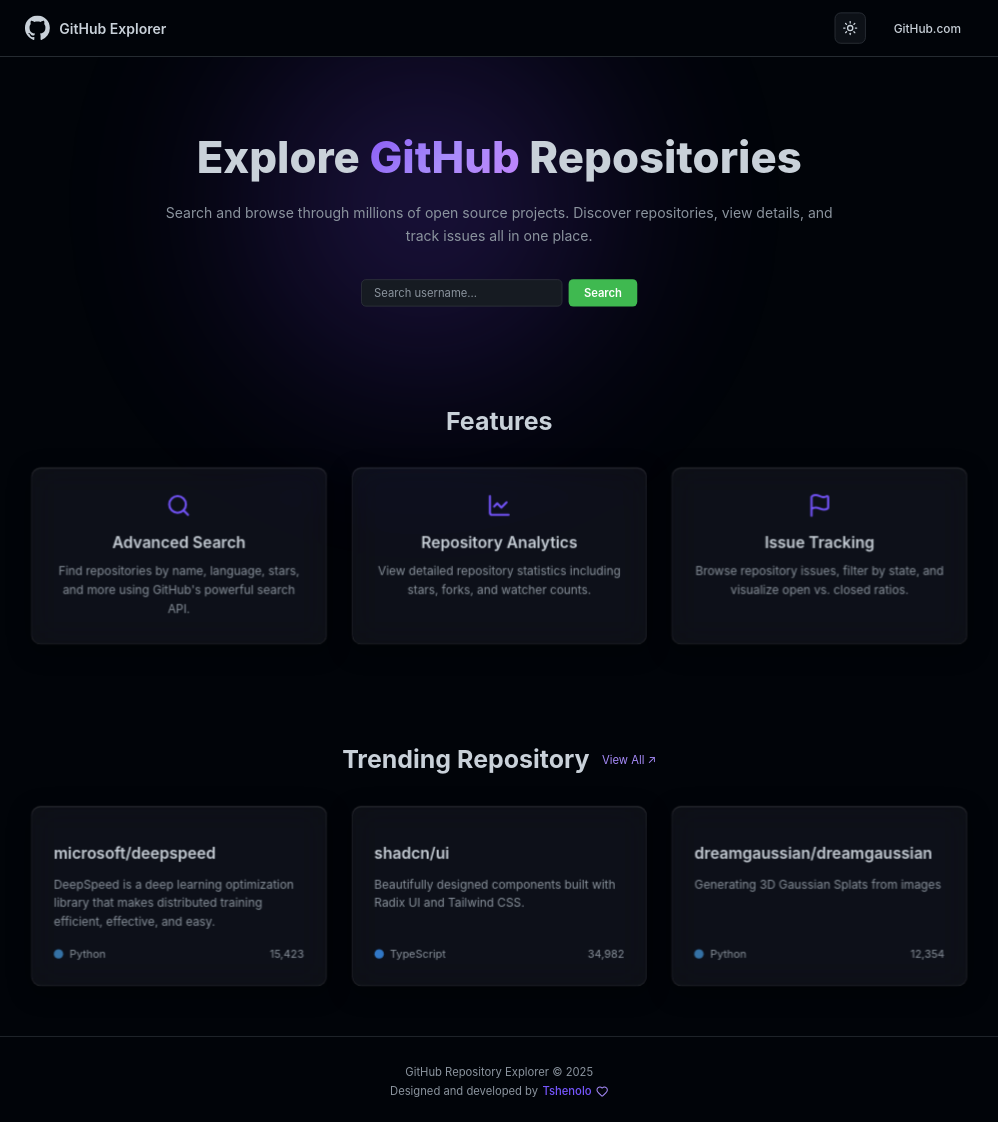
Repository: Tshenolo1994/username-repo
Page: /
The author's editor kept a copy of each file at every save. The page is drawn from the files as they stood at one save, then again after the next save.
The browser window is 1280 px wide. The pictures show the whole page, at 78% of full size.
The project was rebuilt for these pictures with package versions that can differ from the ones it lists, and the page was loaded fresh each time. Also part of the build but not shown: vite.config.ts, src/views/RepoView.vue.

Above is the page before, as saved 2025-10-27 01:43:53.

After the next save:
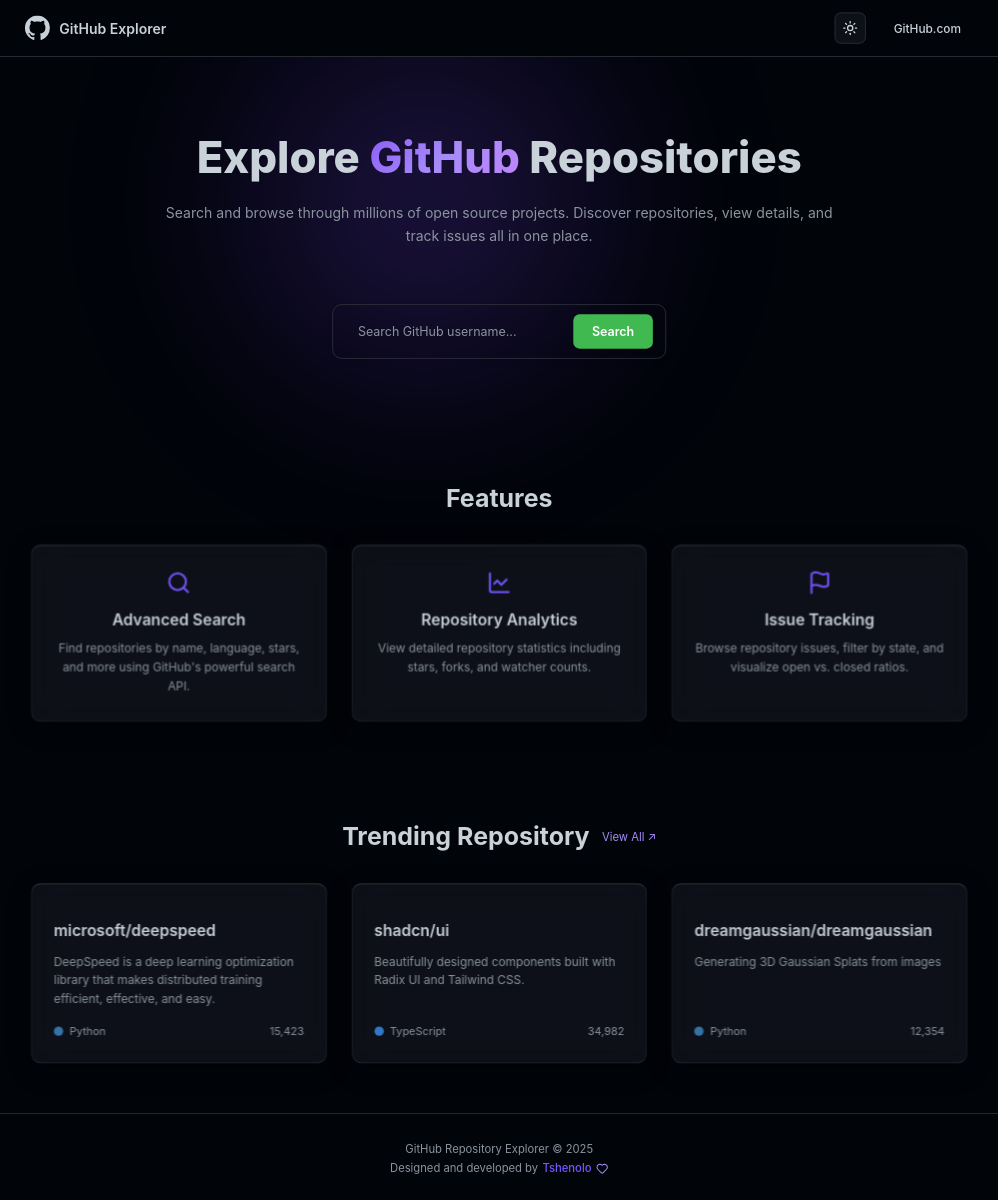
Saved 13 s later.
--- a/src/components/SearchBar.vue
+++ b/src/components/SearchBar.vue
@@ -14,7 +14,6 @@
     return;
   }
 
-  // Validate GitHub username format
   const usernamePattern = /^[a-zA-Z0-9-]+$/;
   if (!usernamePattern.test(username.value)) {
     validationError.value = 'Username can only contain letters, numbers, and hyphens';
@@ -22,8 +21,6 @@
   }
 
   const user = username.value.trim();
-
-  // Just navigate - the RepoView page will fetch using Pinia
   router.push(`/repos/${user}`);
   username.value = '';
 };
@@ -34,14 +31,12 @@
     <form @submit.prevent="searchUser" class="search-form">
       <input
         v-model="username"
-        placeholder="Search username..."
+        placeholder="Search GitHub username..."
         class="search-input"
         :class="{ 'has-error': validationError }"
         required
       />
-      <button type="submit" class="search-btn">
-        Search
-      </button>
+      <button type="submit" class="search-btn">Search</button>
     </form>
     <p v-if="validationError" class="error-message">{{ validationError }}</p>
   </div>
@@ -50,48 +45,56 @@
 <style scoped>
 .search-container {
   width: 100%;
+  max-width: 550px;
+  margin: 2rem auto;
+  text-align: center;
 }
 
 .search-form {
   display: flex;
-  gap: 0.5rem;
+  align-items: center;
+  gap: 0.75rem;
   width: 100%;
+  background: var(--surface);
+  border: 1px solid var(--border);
+  border-radius: 12px;
+  padding: 0.75rem 1rem;
+  box-shadow: 0 4px 10px rgba(0, 0, 0, 0.05);
 }
 
 .search-input {
   flex: 1;
-  padding: 0.5rem 1rem;
-  border-radius: 6px;
-  background: var(--button-bg);
+  padding: 0.75rem 1rem;
+  border-radius: 8px;
+  border: none;
+  background: transparent;
   color: var(--text);
-  border: 1px solid var(--border);
-  font-size: 0.9rem;
-  transition: all 0.2s;
-}
-
-.search-input:focus {
-  outline: none;
-  border-color: var(--link);
-}
-
-.search-input.has-error {
-  border-color: var(--error-text);
+  font-size: 1rem;
+  transition: all 0.2s ease;
 }
 
 .search-input::placeholder {
   color: var(--muted);
 }
 
+.search-input:focus {
+  outline: none;
+  background: rgba(255, 255, 255, 0.1);
+}
+
+.search-input.has-error {
+  border: 1px solid var(--error-text);
+}
+
 .search-btn {
   background: var(--button-accent);
   color: white;
-  padding: 0.5rem 1.25rem;
-  border-radius: 6px;
+  padding: 0.75rem 1.5rem;
+  border-radius: 8px;
   font-weight: 600;
+  font-size: 1rem;
   cursor: pointer;
-  font-size: 0.9rem;
-  transition: all 0.2s;
-  white-space: nowrap;
+  transition: background 0.2s ease;
 }
 
 .search-btn:hover {
@@ -102,8 +105,8 @@
   color: var(--error-text);
   background: var(--error-bg);
   padding: 0.5rem;
-  border-radius: 4px;
+  border-radius: 6px;
   font-size: 0.85rem;
-  margin-top: 0.5rem;
+  margin-top: 0.75rem;
 }
 </style>

After the save that followed:
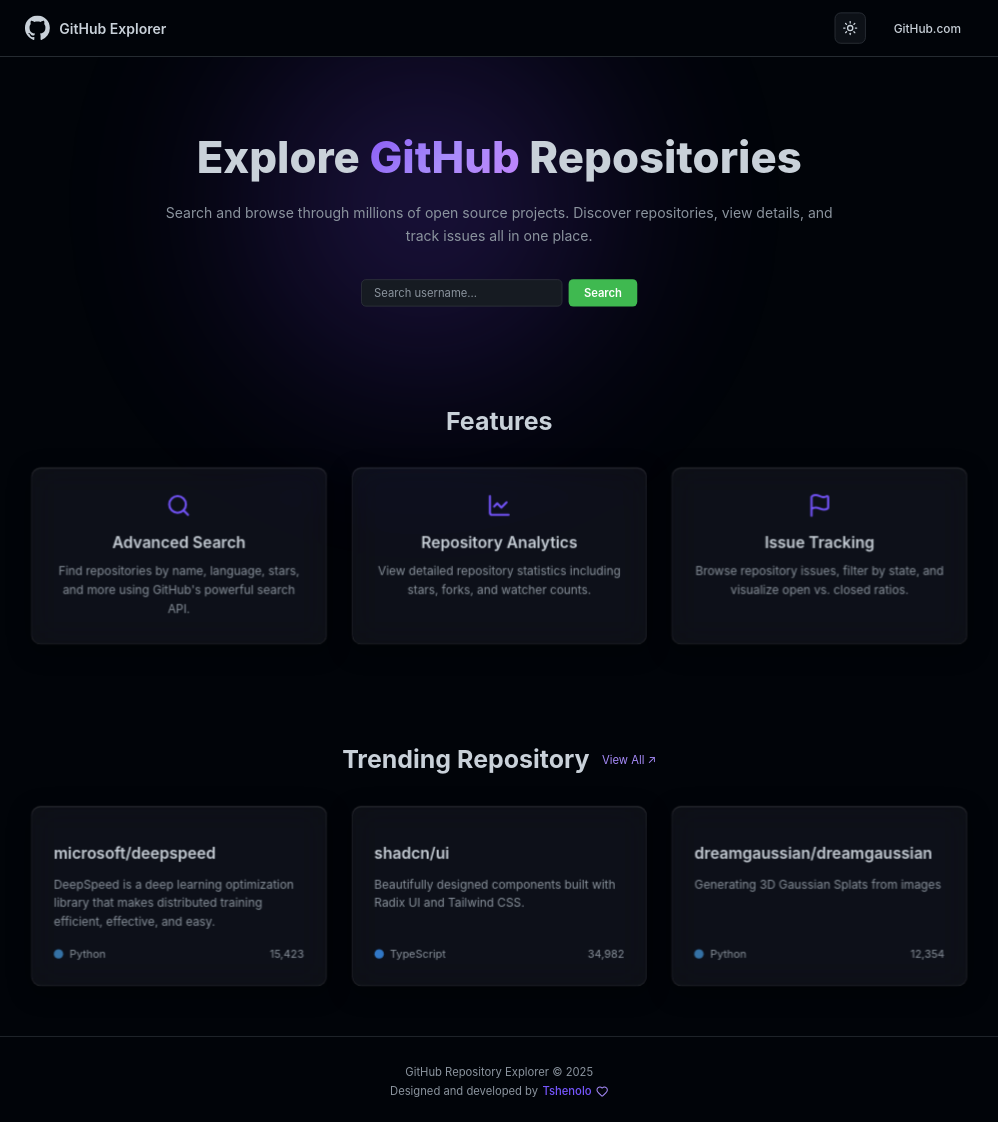
Saved 7 s later.
--- a/src/components/SearchBar.vue
+++ b/src/components/SearchBar.vue
@@ -14,6 +14,7 @@
     return;
   }
 
+  // Validate GitHub username format
   const usernamePattern = /^[a-zA-Z0-9-]+$/;
   if (!usernamePattern.test(username.value)) {
     validationError.value = 'Username can only contain letters, numbers, and hyphens';
@@ -21,6 +22,8 @@
   }
 
   const user = username.value.trim();
+
+  // Just navigate - the RepoView page will fetch using Pinia
   router.push(`/repos/${user}`);
   username.value = '';
 };
@@ -31,12 +34,14 @@
     <form @submit.prevent="searchUser" class="search-form">
       <input
         v-model="username"
-        placeholder="Search GitHub username..."
+        placeholder="Search username..."
         class="search-input"
         :class="{ 'has-error': validationError }"
         required
       />
-      <button type="submit" class="search-btn">Search</button>
+      <button type="submit" class="search-btn">
+        Search
+      </button>
     </form>
     <p v-if="validationError" class="error-message">{{ validationError }}</p>
   </div>
@@ -45,56 +50,48 @@
 <style scoped>
 .search-container {
   width: 100%;
-  max-width: 550px;
-  margin: 2rem auto;
-  text-align: center;
 }
 
 .search-form {
   display: flex;
-  align-items: center;
-  gap: 0.75rem;
+  gap: 0.5rem;
   width: 100%;
-  background: var(--surface);
-  border: 1px solid var(--border);
-  border-radius: 12px;
-  padding: 0.75rem 1rem;
-  box-shadow: 0 4px 10px rgba(0, 0, 0, 0.05);
 }
 
 .search-input {
   flex: 1;
-  padding: 0.75rem 1rem;
-  border-radius: 8px;
-  border: none;
-  background: transparent;
+  padding: 0.5rem 1rem;
+  border-radius: 6px;
+  background: var(--button-bg);
   color: var(--text);
-  font-size: 1rem;
-  transition: all 0.2s ease;
+  border: 1px solid var(--border);
+  font-size: 0.9rem;
+  transition: all 0.2s;
+}
+
+.search-input:focus {
+  outline: none;
+  border-color: var(--link);
+}
+
+.search-input.has-error {
+  border-color: var(--error-text);
 }
 
 .search-input::placeholder {
   color: var(--muted);
 }
 
-.search-input:focus {
-  outline: none;
-  background: rgba(255, 255, 255, 0.1);
-}
-
-.search-input.has-error {
-  border: 1px solid var(--error-text);
-}
-
 .search-btn {
   background: var(--button-accent);
   color: white;
-  padding: 0.75rem 1.5rem;
-  border-radius: 8px;
+  padding: 0.5rem 1.25rem;
+  border-radius: 6px;
   font-weight: 600;
-  font-size: 1rem;
   cursor: pointer;
-  transition: background 0.2s ease;
+  font-size: 0.9rem;
+  transition: all 0.2s;
+  white-space: nowrap;
 }
 
 .search-btn:hover {
@@ -105,8 +102,8 @@
   color: var(--error-text);
   background: var(--error-bg);
   padding: 0.5rem;
-  border-radius: 6px;
+  border-radius: 4px;
   font-size: 0.85rem;
-  margin-top: 0.75rem;
+  margin-top: 0.5rem;
 }
 </style>
